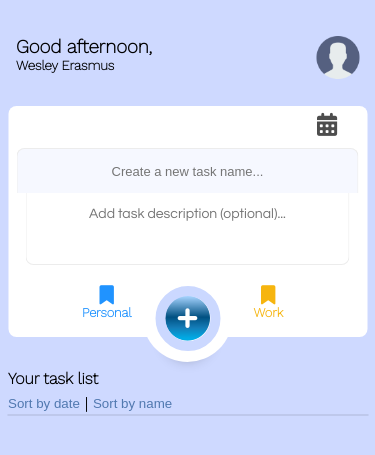
Repository: WesleyErasmus/Todo-App
Page: todoApp.html
These files come from the project's save history. The page is drawn as it stood at one moment and after the next save; the edit follows.
The browser window is 375 px wide. The pictures show the whole page.
Some web libraries are served in a nearby version.

Above is the page before, as saved 2022-06-25 12:11:19.

After the next save:
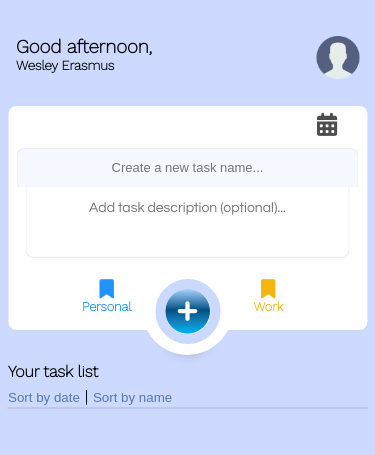
Saved 24 s later.
--- a/source/css/todoApp.css
+++ b/source/css/todoApp.css
@@ -812,7 +812,7 @@ header {
   border-top-left-radius: 0.5rem;
   border-top-right-radius: 0.5rem;
   border-bottom: none;
-  padding: 0.9rem 0rem 0.9rem 0rem;
+  padding: 0.7rem 0rem 0.7rem 0rem;
   margin-top: 15px;
 }
 /* TASK TITLE ERROR MESSAGE IF TITLE IS BLACK / FORM VALIDATION */
